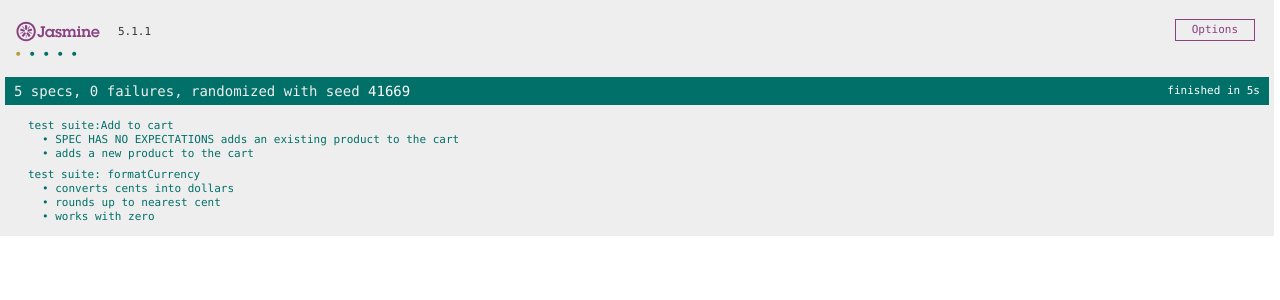
Repository: Srikeerthi05/Amazon-project
Page: tests-jasmine/tests.html
These files come from the project's save history. The page is drawn as it stood at one moment and after the next save; the edit follows.
The browser window is 1280 px wide. The pictures show the whole page.

Above is the page before, as saved 2025-05-25 13:42:54.

### tests-jasmine/tests.html
<!DOCTYPE html>
<html>
<head>
  <meta charset="utf-8">
  <title>Jasmine Spec Runner v5.1.1</title>

  <link rel="shortcut icon" type="image/png" href="lib/jasmine-5.1.1/jasmine_favicon.png">
  <link rel="stylesheet" href="lib/jasmine-5.1.1/jasmine.css">

  <script src="lib/jasmine-5.1.1/jasmine.js"></script>
  <script src="lib/jasmine-5.1.1/jasmine-html.js"></script>
  <script src="lib/jasmine-5.1.1/boot0.js"></script>
  <!-- optional: include a file here that configures the Jasmine env -->
  <script src="lib/jasmine-5.1.1/boot1.js"></script>


  <script src="utils/moneyTest.js" type="module"></script>
  <script src="data/cartTest.js" type="module"></script>

</head>

<body>
</body>
</html>

### tests-jasmine/utils/moneyTest.js
import {formatCurrency} from '../../scripts/utils/money.js';

describe('test suite: formatCurrency',()=>{
    it('converts cents into dollars',()=>{
        expect(formatCurrency(2095)).toEqual('20.95');
    })
    it('works with zero',()=>{
        expect(formatCurrency(0)).toEqual('0.00');
    })
    it('rounds up to nearest cent',()=>{
        expect(formatCurrency(2000.5)).toEqual('20.01');
    })
})

### tests-jasmine/data/cartTest.js
import {addToCart,cart, loadFromStorage} from '../../data/cart.js';

describe('test suite:Add to cart',()=>{
    it('adds an existing product to the cart',()=>{
        spyOn(localStorage,'getItem').and.callFake(()=>{
            return JSON.stringify([]);

        });

        loadFromStorage();
    });

    it('adds a new product to the cart',()=>{
        spyOn(localStorage,'setItem');




        addToCart('e43638ce-6aa0-4b85-b27f-e1d07eb678c6');
        expect(cart.length).toEqual(1);
        expect(localStorage.setItem).toHaveBeenCalledTimes(1);
        expect(cart[0].productId).toEqual('e43638ce-6aa0-4b85-b27f-e1d07eb678c6');
        expect(cart[0].quantity).toEqual(1);
    });


});

### scripts/utils/money.js
export  function formatCurrency(priceCents){
    return (Math.round(priceCents)/100).toFixed(2);
}
export default formatCurrency;

### data/cart.js
export let cart;

loadFromStorage()
export function loadFromStorage(){

     cart=JSON.parse(localStorage.getItem('cart'));

if(!cart){
    cart=[{
   productId:'e43638ce-6aa0-4b85-b27f-e1d07eb678c6',
   quantity:2,
   deliveryOptionId:'1'
},{
    productId:'15b6fc6f-327a-4ec4-896f-486349e85a3d',
    quantity: 1,
    deliveryOptionId:'2'
}
];

}
}

function saveToStorage(){
    localStorage.setItem('cart',JSON.stringify(cart));
}




export function addToCart(productId){
     let matchingItem;

     cart.forEach((cartItem)=>{
      if(productId===cartItem.productId){
        matchingItem=cartItem;
      }
     });;
     if(matchingItem){
      matchingItem.quantity+=1;
     }
     else{
      cart.push({
      productId: productId,
      quantity: 1,
      deliveryOptionId:'1'
     });
     }

     saveToStorage();

}

export function removeFromCart(productId){
    const newCart=[];
    cart.forEach((cartItem)=>{
        if(cartItem.productId!==productId){
            newCart.push(cartItem);
        }
    });

    cart =newCart;

    saveToStorage();
}

export function updateDeliveryOption(productID, deliveryOptionId){
    let matchingItem;

     cart.forEach((cartItem)=>{
      if(productID===cartItem.productId){
        matchingItem=cartItem;
      }
     });


     matchingItem.deliveryOptionId=deliveryOptionId;
     saveToStorage();
}

Loaded but not shown: tests-jasmine/lib/jasmine-5.1.1/jasmine.css (library); tests-jasmine/lib/jasmine-5.1.1/jasmine.js (library); tests-jasmine/lib/jasmine-5.1.1/jasmine-html.js (library); tests-jasmine/lib/jasmine-5.1.1/boot0.js (common file); tests-jasmine/lib/jasmine-5.1.1/boot1.js (library)

After the next save:
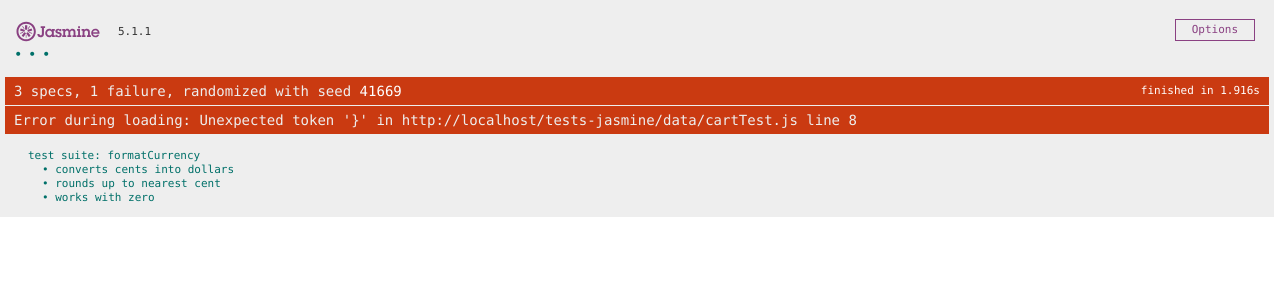
Console error: SyntaxError: Unexpected token '}'
Saved 4 s later.
--- a/tests-jasmine/data/cartTest.js
+++ b/tests-jasmine/data/cartTest.js
@@ -4,7 +4,7 @@
     it('adds an existing product to the cart',()=>{
         spyOn(localStorage,'getItem').and.callFake(()=>{
             return JSON.stringify([]);
-
+            productId:
         });
 
         loadFromStorage();
